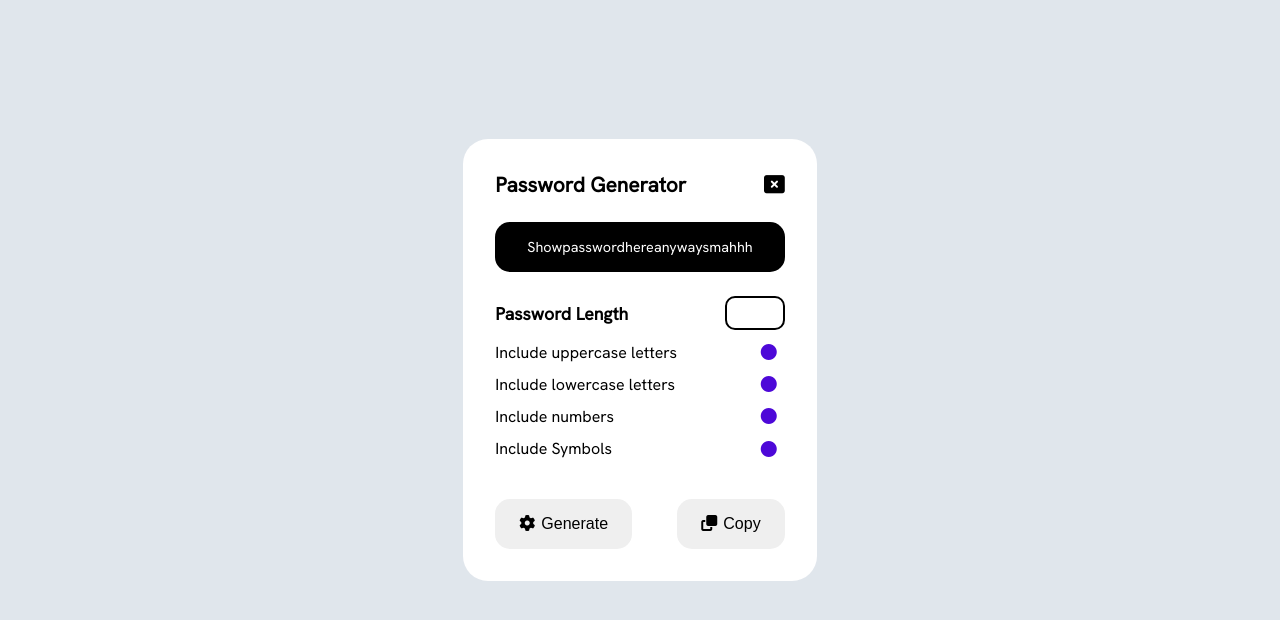
Repository: emiliaiwu/password_generator
Page: index.html
An editor plug-in stored every save of this project. The page is shown before and after a run of saves, followed by the edit.
The browser window is 1280 px wide. The pictures show the whole page.
Some web libraries are served in a nearby version.

Above is the page before, as saved 2022-12-14 04:46:17.

After the next 6 saves:
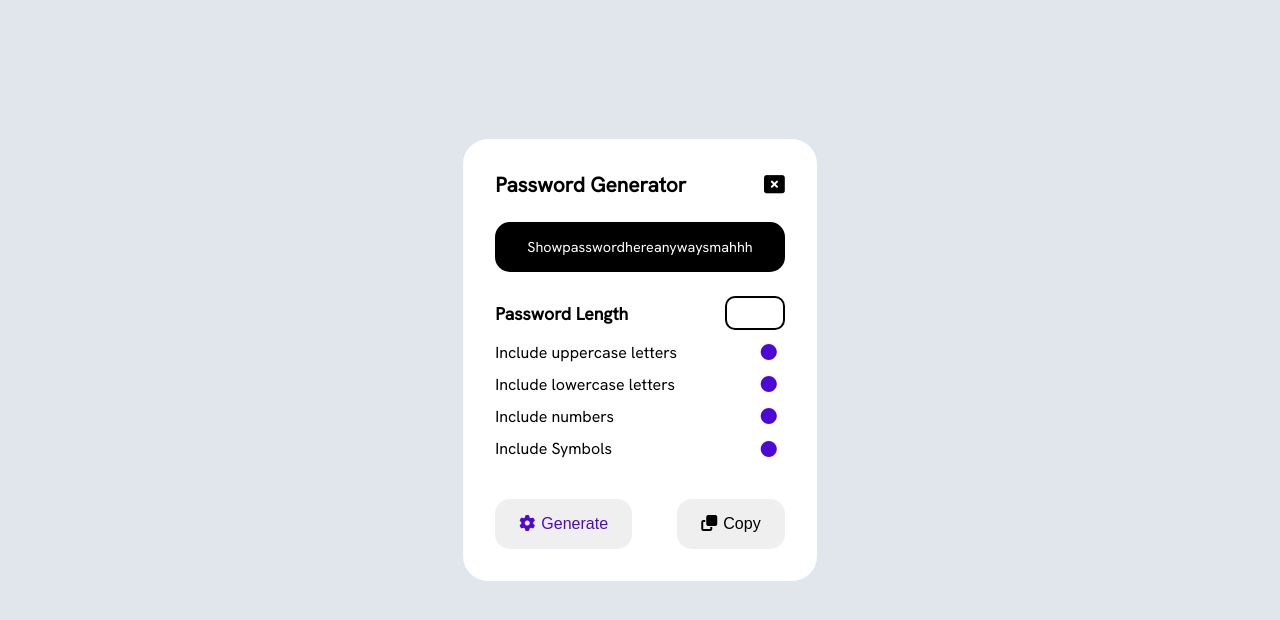
The 6 saves are shown as one change because they came seconds apart.
The last was saved 25 s later.
--- a/style.css
+++ b/style.css
@@ -130,6 +130,10 @@ label {
 
 }
 
+.generate {
+    color:#4d08d8;
+}
+
 .btn .fa-solid {
     margin-right: 6px;
 }
